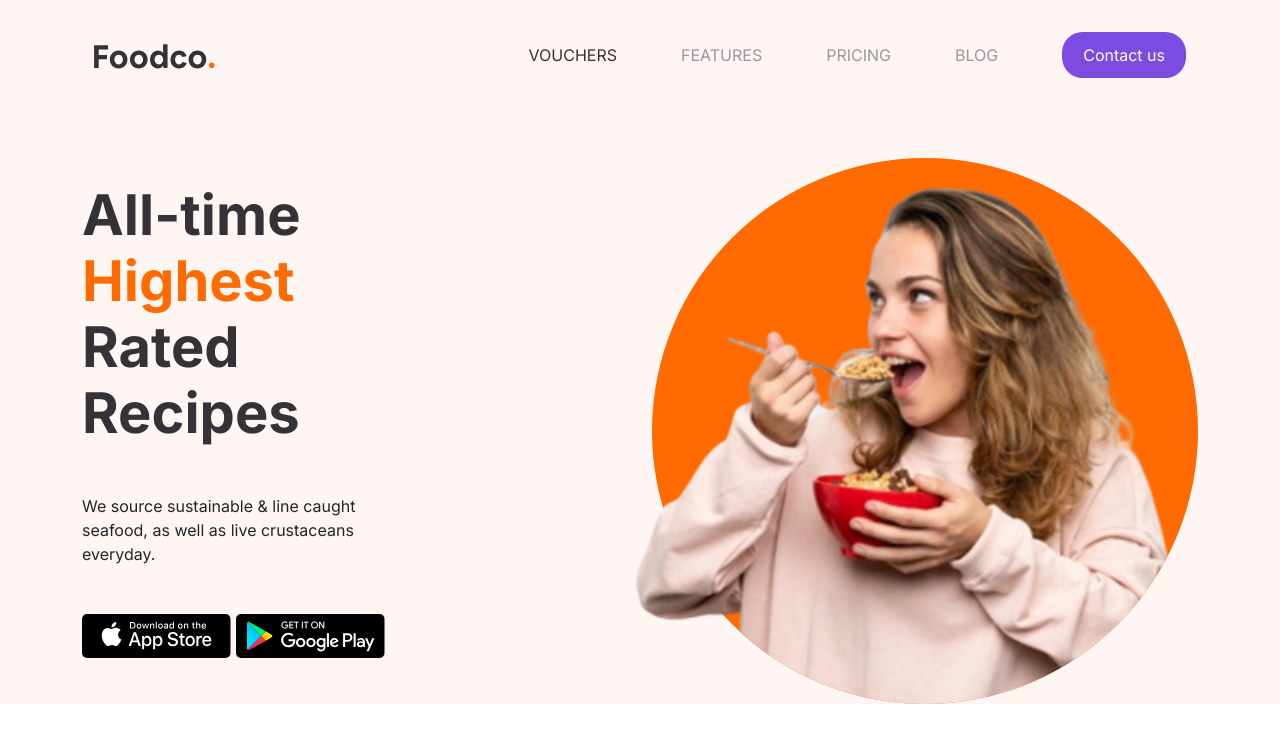
Repository: badhon252/Foodco
Page: index.html
An editor plug-in stored every save of this project. The page is shown before and after the next save, followed by the edit.
The browser window is 1280 px wide. The pictures show the whole page.
The style sheet was rebuilt from its Sass, Less or Tailwind sources for each picture, by a compiler version that may differ from the author's.

Above is the page before, as saved 2022-09-15 16:33:18.

After the next save:
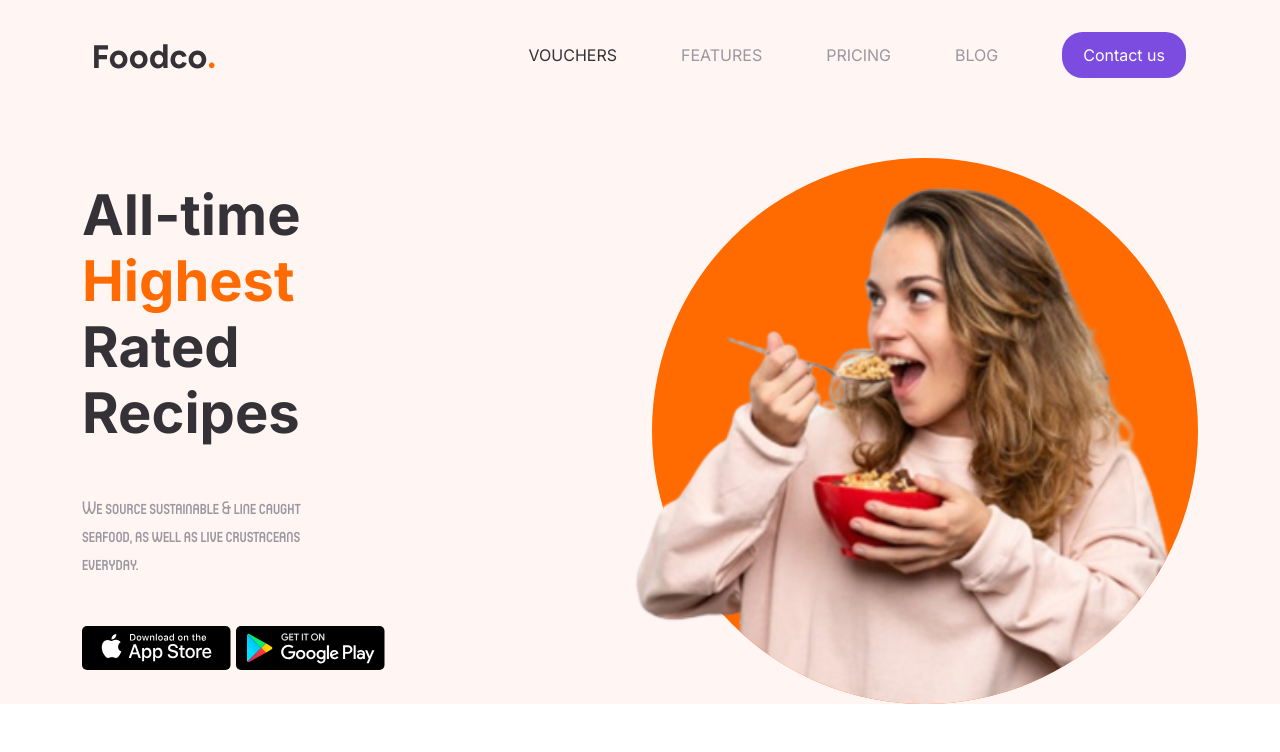
Saved 18 s later.
--- a/scss/style.scss
+++ b/scss/style.scss
@@ -131,14 +131,14 @@
       span {
         color: #ff6b01;
       }
-      p {
-        font-weight: 450;
-        font-size: 18px;
-        line-height: 28px;
-        /* or 156% */
-        color: #9a97a1;
-        font-family: circular;
-      }
+    }
+    p {
+      font-weight: 450;
+      font-size: 18px;
+      line-height: 28px;
+      /* or 156% */
+      color: #9a97a1;
+      font-family: circular;
     }
     .card {
       background: none;
